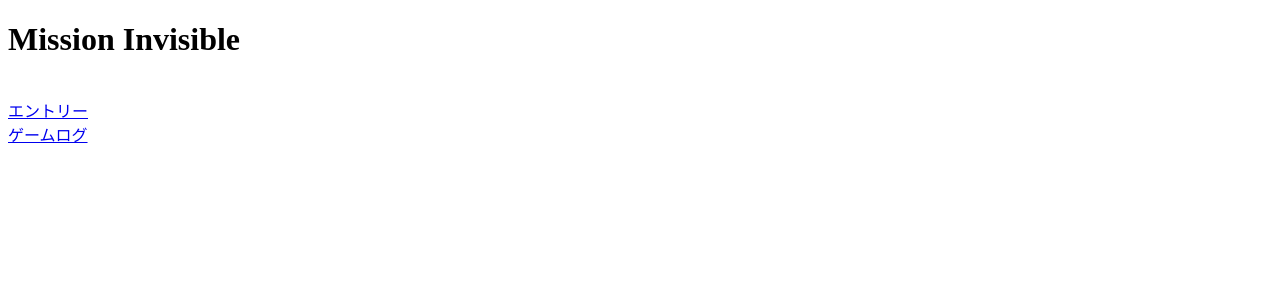
Repository: shoma2491/Mission_Invisible
Page: src/main/resources/static/index.html
These files come from the project's save history. The page is drawn as it stood at one moment and after the next save; the edit follows.
The browser window is 1280 px wide. The pictures show the whole page.

Above is the page before, as saved 2022-01-18 14:33:46.

### src/main/resources/static/index.html
<!DOCTYPE html>
<html>

<head>
  <meta charset="utf-8">
  <title>Mission Invisible</title>
</head>

<body>
  <h1>Mission Invisible</h1><br />
  <a href="/entry">エントリー</a><br/>
  <a href="/log">ゲームログ</a><br/>
</body>

</html>

After the next save:
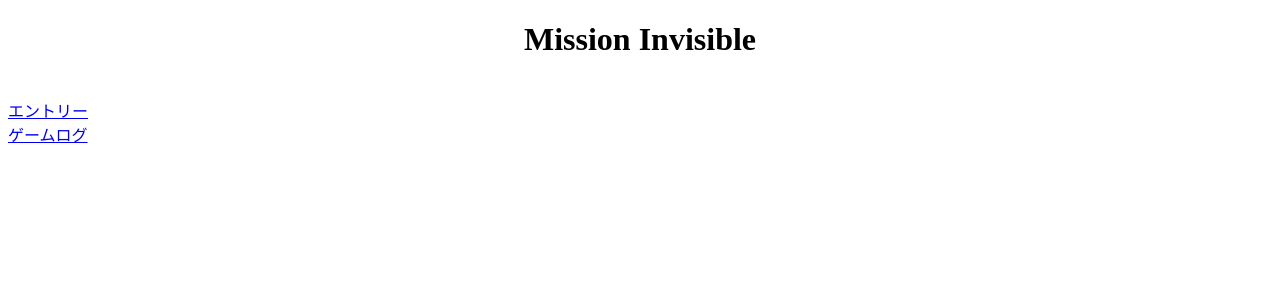
Saved 10 s later.
--- a/src/main/resources/static/index.html
+++ b/src/main/resources/static/index.html
@@ -7,7 +7,7 @@
 </head>
 
 <body>
-  <h1>Mission Invisible</h1><br />
+  <h1 style="text-align:center">Mission Invisible</h1><br />
   <a href="/entry">エントリー</a><br/>
   <a href="/log">ゲームログ</a><br/>
 </body>
